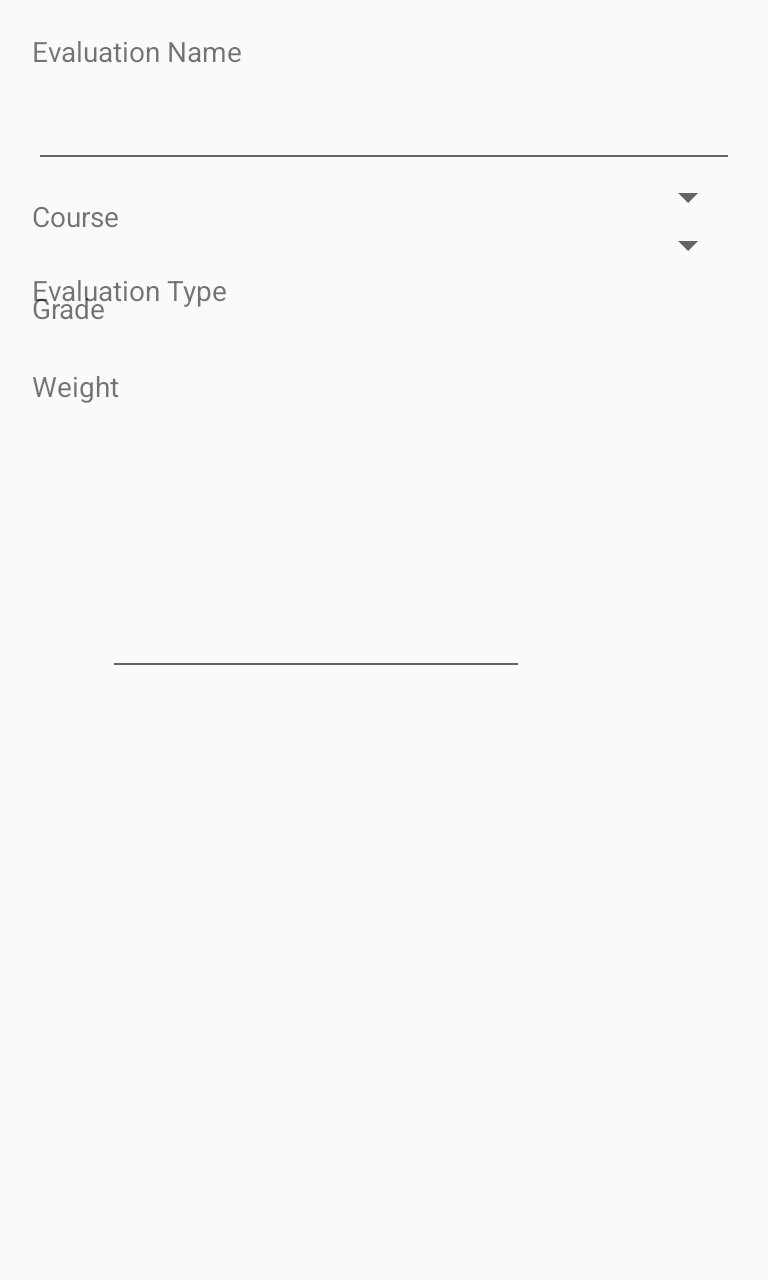
Repository: Tenergy05/GradePlanner
Layout: GradePlanner/res/layout/activity_add_mark.xml
These files come from the project's save history. The layout is drawn as it stood at one moment and after the next save; the edit follows.
It is drawn on a 768 x 1280 px phone screen (xhdpi) without system bars, with theme AppTheme; the app's code is not run.

Above is the layout before, as saved 2014-12-30 21:30:56.

### GradePlanner/res/layout/activity_add_mark.xml
<RelativeLayout xmlns:android="http://schemas.android.com/apk/res/android"
    xmlns:tools="http://schemas.android.com/tools"
    android:layout_width="match_parent"
    android:layout_height="match_parent"
    android:paddingBottom="@dimen/activity_vertical_margin"
    android:paddingLeft="@dimen/activity_horizontal_margin"
    android:paddingRight="@dimen/activity_horizontal_margin"
    android:paddingTop="@dimen/activity_vertical_margin"
    tools:context="com.example.gradeplanner.AddMarkActivity" >

    <TextView
        android:id="@+id/textView1"
        android:layout_width="wrap_content"
        android:layout_height="wrap_content"
        android:text="@string/eval_name" />

    <EditText
        android:id="@+id/editText1"
        android:layout_width="wrap_content"
        android:layout_height="wrap_content"
        android:layout_alignLeft="@+id/textView1"
        android:layout_alignParentRight="true"
        android:layout_below="@+id/textView1"
        android:layout_marginTop="10dp"
        android:inputType="text"
        android:ems="10" />

    <TextView
        android:id="@+id/textView2"
        android:layout_width="wrap_content"
        android:layout_height="wrap_content"
        android:layout_alignLeft="@+id/editText1"
        android:layout_below="@+id/editText1"
        android:layout_marginTop="12dp"
        android:text="@string/course" />

    <Spinner
        android:id="@+id/spinner1"
        android:layout_width="wrap_content"
        android:layout_height="wrap_content"
        android:layout_alignRight="@+id/editText1"
        android:layout_below="@+id/editText1"
        android:layout_toRightOf="@+id/textView2" />

    <TextView
        android:id="@+id/textView3"
        android:layout_width="wrap_content"
        android:layout_height="wrap_content"
        android:layout_alignLeft="@+id/textView2"
        android:layout_below="@+id/textView2"
        android:layout_marginTop="18dp"
        android:text="@string/eval_type" />

    <Spinner
        android:id="@+id/spinner2"
        android:layout_width="wrap_content"
        android:layout_height="wrap_content"
        android:layout_alignParentLeft="true"
        android:layout_alignParentRight="true"
        android:layout_below="@+id/spinner1" />

    <TextView
        android:id="@+id/textView4"
        android:layout_width="wrap_content"
        android:layout_height="wrap_content"
        android:layout_alignLeft="@+id/spinner2"
        android:layout_below="@+id/spinner2"
        android:layout_marginTop="10dp"
        android:text="@string/grade" />

    <EditText
        android:id="@+id/editText2"
        android:layout_width="wrap_content"
        android:layout_height="wrap_content"
        android:layout_centerVertical="true"
        android:layout_toRightOf="@+id/textView4"
        android:ems="10"
        android:inputType="number" />

    <TextView
        android:id="@+id/textView5"
        android:layout_width="wrap_content"
        android:layout_height="wrap_content"
        android:layout_alignLeft="@+id/textView4"
        android:layout_below="@+id/textView4"
        android:layout_marginTop="20dp"
        android:text="@string/weight" />


</RelativeLayout>

### GradePlanner/res/values/strings.xml
<?xml version="1.0" encoding="utf-8"?>
<resources>

    <string name="app_name">Grade Planner</string>
    <string name="add_course">Add Course</string>
    <string name="course">Course</string>
    <string name="grade">Grade</string>
    <string name="goal">Goal</string>
    <string name="weight">Weight</string>
    <string name="action_settings">Settings</string>
    <string name="title_activity_add_course">Add Course</string>
    <string name="course_code">Course Code</string>
    <string name="grade_goal">Course Goal</string>
    <string name="add_mark">Add Mark</string>
    <string name="percentage">%</string>
    <string name="submit">Submit</string>
    <string name="title_activity_add_mark">Add Mark</string>
    <string name="eval_name">Evaluation Name</string>
    <string name="eval_type">Evaluation Type</string>

</resources>

Loaded but not shown: GradePlanner/res/values/styles.xml (common file); GradePlanner/res/values-v11/styles.xml (common file); GradePlanner/res/values-v14/styles.xml (common file); GradePlanner/res/values/dimens.xml (common file); GradePlanner/res/values-w820dp/dimens.xml (common file)

After the next save:
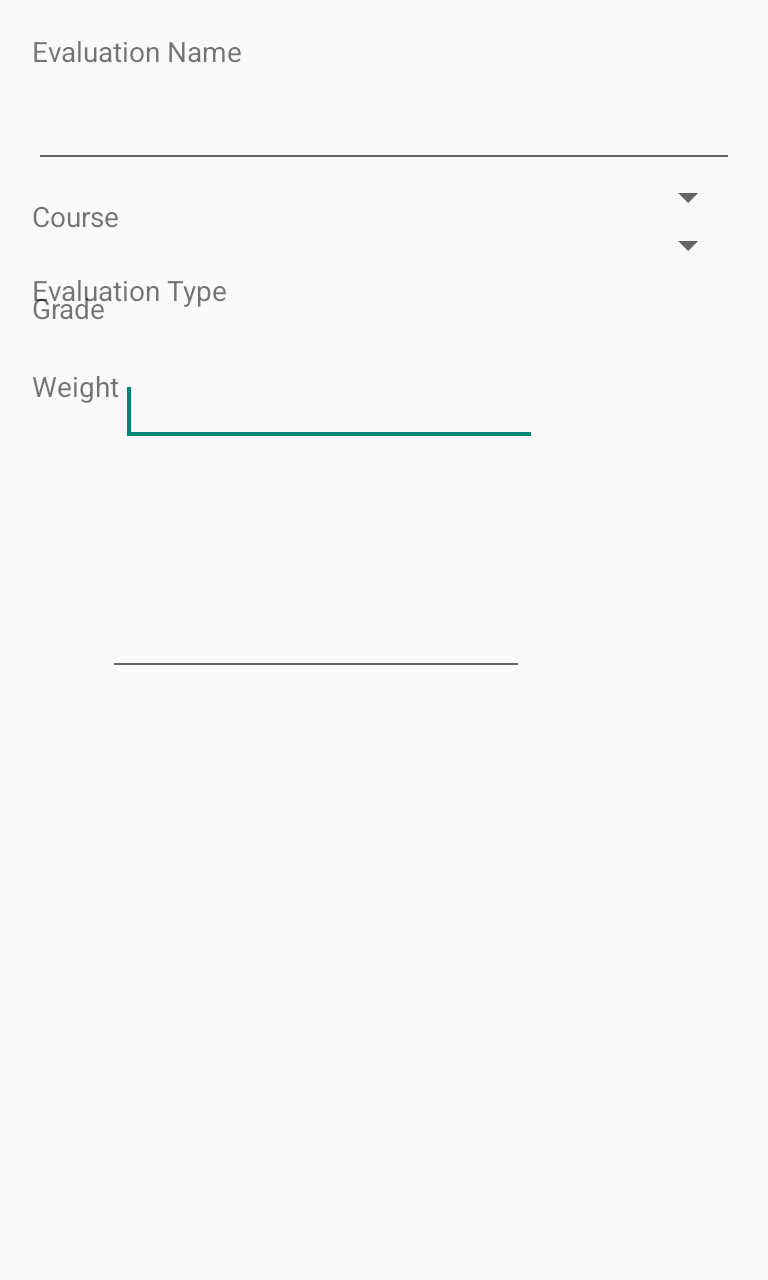
Saved 2 min 3 s later.
--- a/GradePlanner/res/layout/activity_add_mark.xml
+++ b/GradePlanner/res/layout/activity_add_mark.xml
@@ -86,5 +86,16 @@
         android:layout_marginTop="20dp"
         android:text="@string/weight" />
 
+    <EditText
+        android:id="@+id/editText3"
+        android:layout_width="wrap_content"
+        android:layout_height="wrap_content"
+        android:layout_alignTop="@+id/textView5"
+        android:layout_toRightOf="@+id/textView5"
+        android:ems="10"
+        android:inputType="number" >
+
+        <requestFocus />
+    </EditText>
 
 </RelativeLayout>
